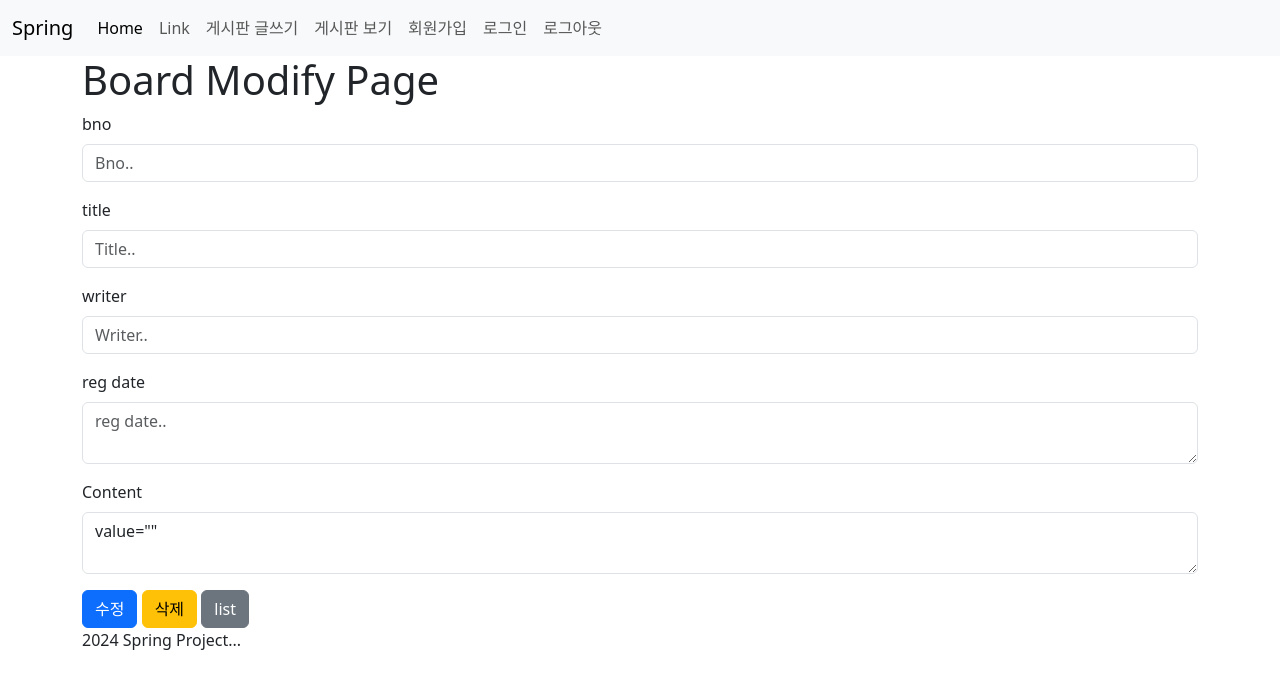
Repository: gajami-kim/240430_Spring_Study
Page: http://localhost/spring_study/WEB-INF/views/board/modify.jsp
The author's editor kept a copy of each file at every save. The page is drawn from the files as they stood at one save, then again after the next save.
The browser window is 1280 px wide. The pictures show the whole page.
The page is served by Tomcat 9. Nobody is signed in. The template is opened directly, without the code that normally fills it, so the values that code supplies are empty.

Above is the page before, as saved 2024-04-24 05:58:56.

After the next save:
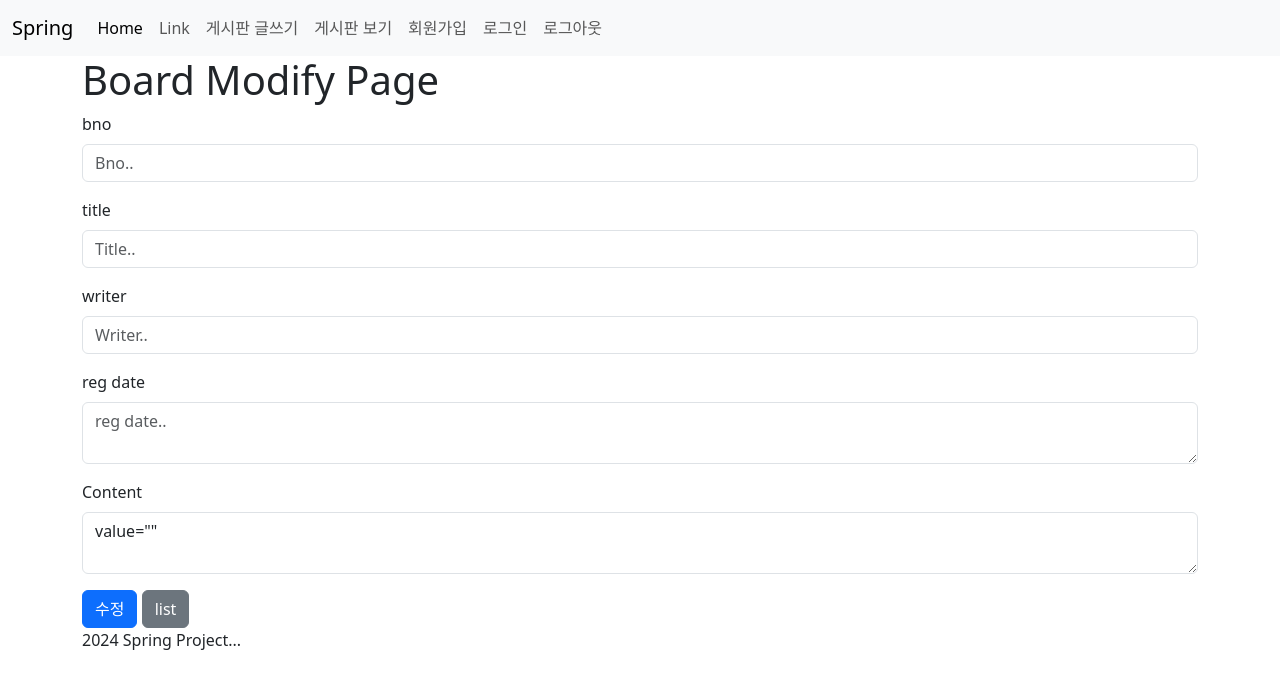
Saved 24 s later.
--- a/spring_study/src/main/webapp/WEB-INF/views/board/modify.jsp
+++ b/spring_study/src/main/webapp/WEB-INF/views/board/modify.jsp
@@ -25,7 +25,6 @@
 	  <textarea class="form-control" name="content" id="c" aria-label="With textarea" >value="${bvo.content }"</textarea>
 	</div>
 	<a><button type="button" class="btn btn-primary">수정</button></a>
-	<a><button type="button" class="btn btn-warning">삭제</button></a>
 	<a><button type="button" class="btn btn-secondary">list</button></a>
 </div>
 
